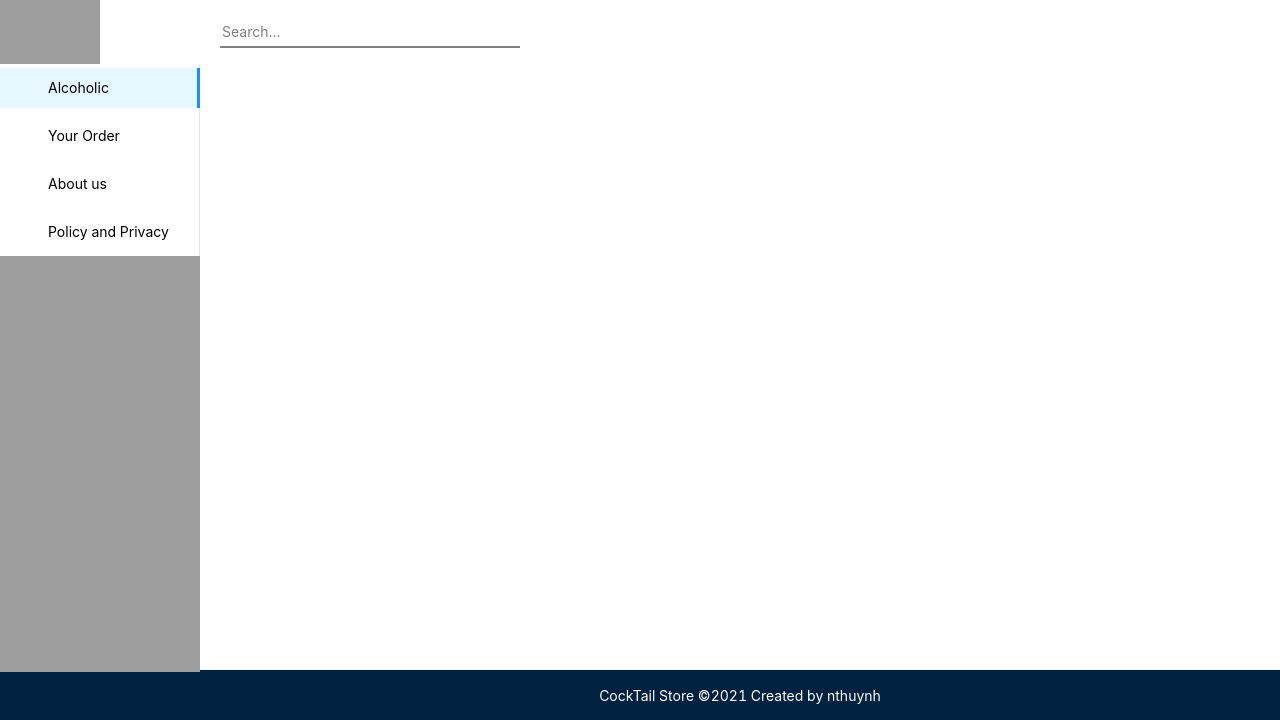
Repository: huynhnt1406/cocktail
Page: /
The author's editor kept a copy of each file at every save. The page is drawn from the files as they stood at one save, then again after a run of saves.
The browser window is 1280 px wide. The pictures show the whole page.
Pictures or frames that could not be fetched are drawn as grey boxes. The page's requests for data from a server got no answer. The project was rebuilt for these pictures with package versions that can differ from the ones it lists, and the page was loaded fresh each time. No one was signed in, and anything a server would have sent is missing. Also part of the build but not shown: src/components/DetailPage.vue, src/components/Order.vue, src/components/AboutUs.vue, src/components/PolicyandPrivacy.vue.

Above is the page before, as saved 2021-05-08 01:21:14.

### public/index.html
<!DOCTYPE html>
<html lang="">
  <head>
    <meta charset="utf-8">
    <meta http-equiv="X-UA-Compatible" content="IE=edge">
    <meta name="viewport" content="width=device-width,initial-scale=1.0">
    <link rel="icon" href="<%= BASE_URL %>favicon.ico">
    <title><%= htmlWebpackPlugin.options.title %></title>
    <link rel="preconnect" href="https://fonts.gstatic.com">
    <link href="https://fonts.googleapis.com/css2?family=Poppins:ital,wght@0,200;0,300;1,400&display=swap" rel="stylesheet">
    <link rel="stylesheet" href="https://cdnjs.cloudflare.com/ajax/libs/font-awesome/4.7.0/css/font-awesome.min.css">
  </head>
  <body>
    <noscript>
      <strong>We're sorry but <%= htmlWebpackPlugin.options.title %> doesn't work properly without JavaScript enabled. Please enable it to continue.</strong>
    </noscript>
    <div id="app"></div>
    <!-- built files will be auto injected -->
  </body>
</html>

### src/main.js
import Vue from 'vue'
import App from './App.vue'
import store from './store/index'
import router from './router/index'
import 'ant-design-vue/dist/antd.css';
import Antd from 'ant-design-vue';
Vue.config.productionTip = false
Vue.use(Antd);
new Vue({
  store,
  router,
  render: h => h(App),
}).$mount('#app')

### src/App.vue
<template>
  <a-layout id="components-layout-demo-side" theme="light"  style="min-height: 100vh">
    <a-layout-sider style="background-color:white" v-model="collapsed" collapsible >
      <img style="height:64px ; width:50%" src="https://i.pinimg.com/originals/fd/3e/53/fd3e533305c578157dbaf393b76ac1ee.jpg" alt="">
      <a-menu theme="light" :default-selected-keys="['1']" mode="inline">
        <a-menu-item key="1">
          <a-icon type="menu" />
          <span><router-link class="link" to="/">Alcoholic</router-link></span>
        </a-menu-item>
        <a-menu-item key="2">
           <a-icon type="shopping-cart" />
          <span><router-link class="link"  to="/yourorder">Your Order</router-link></span>
        </a-menu-item>
           <a-menu-item key="3">
           <a-icon type="info-circle" />
          <span><router-link class="link"  to="/aboutus">About us</router-link></span>
        </a-menu-item>
           <a-menu-item key="4">
           <a-icon type="safety-certificate" />
          <span><router-link class="link"  to="/policyandprivacy">Policy and Privacy</router-link></span>
        </a-menu-item>
      </a-menu>
      <img style="height:62% ; width:100%" src="https://www.gobourbon.com/wp-content/uploads/2019/03/EFCCF7C6-0A6F-4658-83B6-877007B0A1AC-751x1024.jpeg" alt="">
    </a-layout-sider>
    <a-layout>
      <a-layout-header style="background: #fff; padding: 0" >
        <SearchBar/>
      </a-layout-header>
      <a-layout-content>
        <div class="cocktail-lists" :style="{ padding:'24px',  background: '#fff', minHeight: '360px' }">
          <router-view/>
        </div>
      </a-layout-content>
      <a-layout-footer class="footer" style="text-align: center" :style="{padding:'2vh',color:'white' ,background: '#002140',textAlign:'center'}">
        CockTail Store ©2021 Created by nthuynh
      </a-layout-footer>
    </a-layout>
  </a-layout>
</template>
<script>
import SearchBar from './components/SearchBar'
export default {
  data() {
    return {
      collapsed: false,
    };
  },
  components:{
    SearchBar
  }
};
</script>

<style>
#components-layout-demo-side .logo {
  height: 32px;
  background: rgba(255, 255, 255, 0.2);
  margin: 16px;
}
#components-layout-demo-side{
  background-color: red;
}
.cocktail-lists{
  overflow-y: scroll;
  height:84vh;
}
.footer{
  background-color: #002140;
}
.link{
  color:black;
}
.link:focus{
  color:gray;
}
</style>

### src/store/index.js
import Vue from 'vue'
import Vuex from 'vuex'
import cocktail from './modules/cocktail'
Vue.use(Vuex)
export default new Vuex.Store({
    modules:{
        cocktail
    }
})

### src/router/index.js
import Vue from 'vue'
import VueRouter from 'vue-router'
import CockTail from '../components/CockTail'
import DetailPage from '../components/DetailPage'
import Order from '../components/Order'
import AboutUs  from '../components/AboutUs'
import PolicyandPrivacy from '../components/PolicyandPrivacy'
const routes = [
    {
        path:'/',
        name:'CockTail',
        component:CockTail
    },
    {
        path:'/detailpage/:id',
        name:'DetailPage',
        component:DetailPage,
        props:true
    },
    {
        path:'/yourorder',
        name:'Order',
        component:Order,
    },
    {
        path:'/aboutus',
        name:'AboutUs',
        component:AboutUs,
    },
    {
        path:'/policyandprivacy',
        name:'PolicyandPrivacy',
        component:PolicyandPrivacy,
    },
]
Vue.use(VueRouter)

export default new VueRouter({
    routes,
    mode:'history'
})

### src/components/SearchBar.vue
<template>
  <div class="searchbar">
    <div class="search-tool">
        <input type="text" placeholder="Search..." >
    </div>
  </div>
</template>

<script>
export default {
}
</script>

<style>
.searchbar{
    display: flex;
    justify-content: space-between;
    align-items: center;
    padding-left:10px;
    padding-right: 10px;
}
.search-tool input{
    height: 30px;
    width: 300px;
    background-color: transparent;
    border-left:none;
    border-right: none;
    border-top:none;
    border-bottom: 2px solid gray;
    margin-left: 10px;
    outline: none;
    color:gray;
}
::placeholder{
  color:gray;
}
.search-tool input:focus{
    border-bottom: 2px solid green;
}
</style>

### src/store/modules/cocktail.js
import axios from 'axios'

const state = {
    cocktailLists: [],
    cart:[]
}
const getters = {
    allCocktails : state => state.cocktailLists,
    allItems : state => state.cart
}
const actions = {
    async fetchCocktail({commit}){
        const res = await axios.get(`https://www.thecocktaildb.com/api/json/v1/1/search.php?f=b`)
        commit('getCocktail', res.data.drinks)
        console.log(res.data.drinks)
    },
    addProductToCart({commit}, {product, quantity}){
        commit('ADD_TO_CART', {product,quantity})
    },
    deleteItem({commit}, index) {
        commit('removeItem', index)
    }
}

const mutations = {
    getCocktail : (state, cocktailLists) => state.cocktailLists = cocktailLists,
    ADD_TO_CART : (state, {product,quantity}) => {
        state.cart.push({
            product,
            quantity
        })
    },
    removeItem: (state, index) => state.cart.filter(item => item.index !== index)
}

export default {
    state,getters,actions,mutations
}

### src/components/CockTail.vue
<template >
    <div class="homepage">
        <div class="cocktail-list">
            <div class="singlecocktail" v-for="cocktail in allCocktails" :key="cocktail.id">
                <div class="each-cocktail">
                    <div class="cocktail-img">
                        <img :src="cocktail.strDrinkThumb" :alt="cocktail.idDrink">
                    </div>
                    <div class="cocktail-detail">
                        <h3>🍹 {{cocktail.strDrink}}</h3>
                        <div class="action">
                            <a-button  type="secondary">
                                <i class="fa fa-money" aria-hidden="true"> {{money}}</i>
                            </a-button>
                            <a-button type="primary" >
                                <router-link :to="{name:'DetailPage', params:{id:cocktail.idDrink}}">Detail</router-link>
                            </a-button>
                        </div>
                    </div>
                </div>
            </div>
        </div>
    </div>
</template>
<script>
import {mapGetters, mapActions} from 'vuex'

export default {
    name:'Cocktail',
    data(){
        return{
            money:20,
        }
    },
    computed: mapGetters(["allCocktails"]),
    created(){
        this.fetchCocktail()
    },
    methods:{
        ...mapActions(["fetchCocktail"]),
        randomMoney(){
            this.money = this.money + Math.trunc(Math.random() * 100)
            console.log(this.money)
        },
    },
    mounted(){
        this.randomMoney()
    }
}
</script>
<style >
.homepage{
    font-family: "Poppins",sans-serif;
    background:white;
    color:white;
}
.singlecocktail img{
    height: 150px;
    width: 150px;
}
.singlecocktail {
    height: fit-content;
    width: 150px;
    margin:20px;
}
.cocktail-list{
    display: flex;
    flex-wrap: wrap;
    justify-content: center;
}
.action{
    display: flex;
    justify-content: space-between;
    align-items: center;
}
.cocktail-detail h3{
    color:gray;
}
</style>

After the next 2 saves:
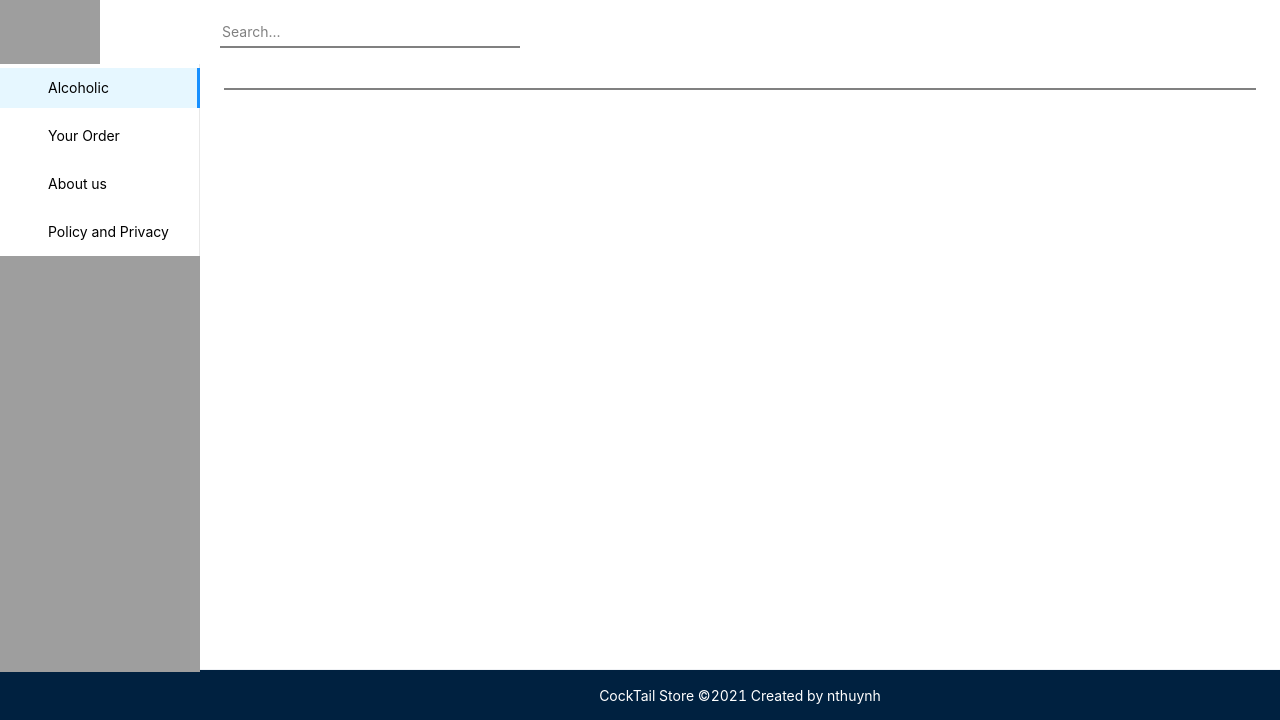
The 2 saves are shown as one change because they came seconds apart.
The last was saved 14 s later.
--- a/src/components/CockTail.vue
+++ b/src/components/CockTail.vue
@@ -53,6 +53,7 @@
     font-family: "Poppins",sans-serif;
     background:white;
     color:white;
+    border-top:2px solid gray;
 }
 .singlecocktail img{
     height: 150px;

After the save that followed:
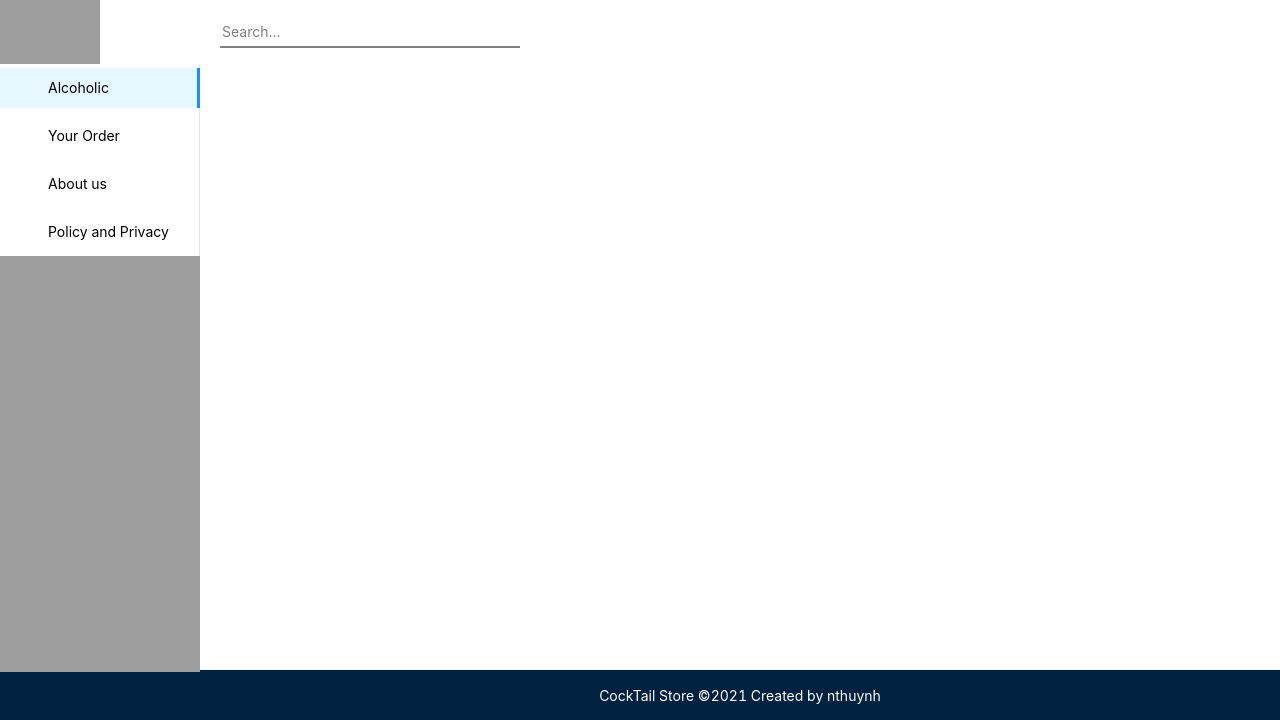
Saved 18 s later.
--- a/src/components/CockTail.vue
+++ b/src/components/CockTail.vue
@@ -53,7 +53,6 @@
     font-family: "Poppins",sans-serif;
     background:white;
     color:white;
-    border-top:2px solid gray;
 }
 .singlecocktail img{
     height: 150px;
